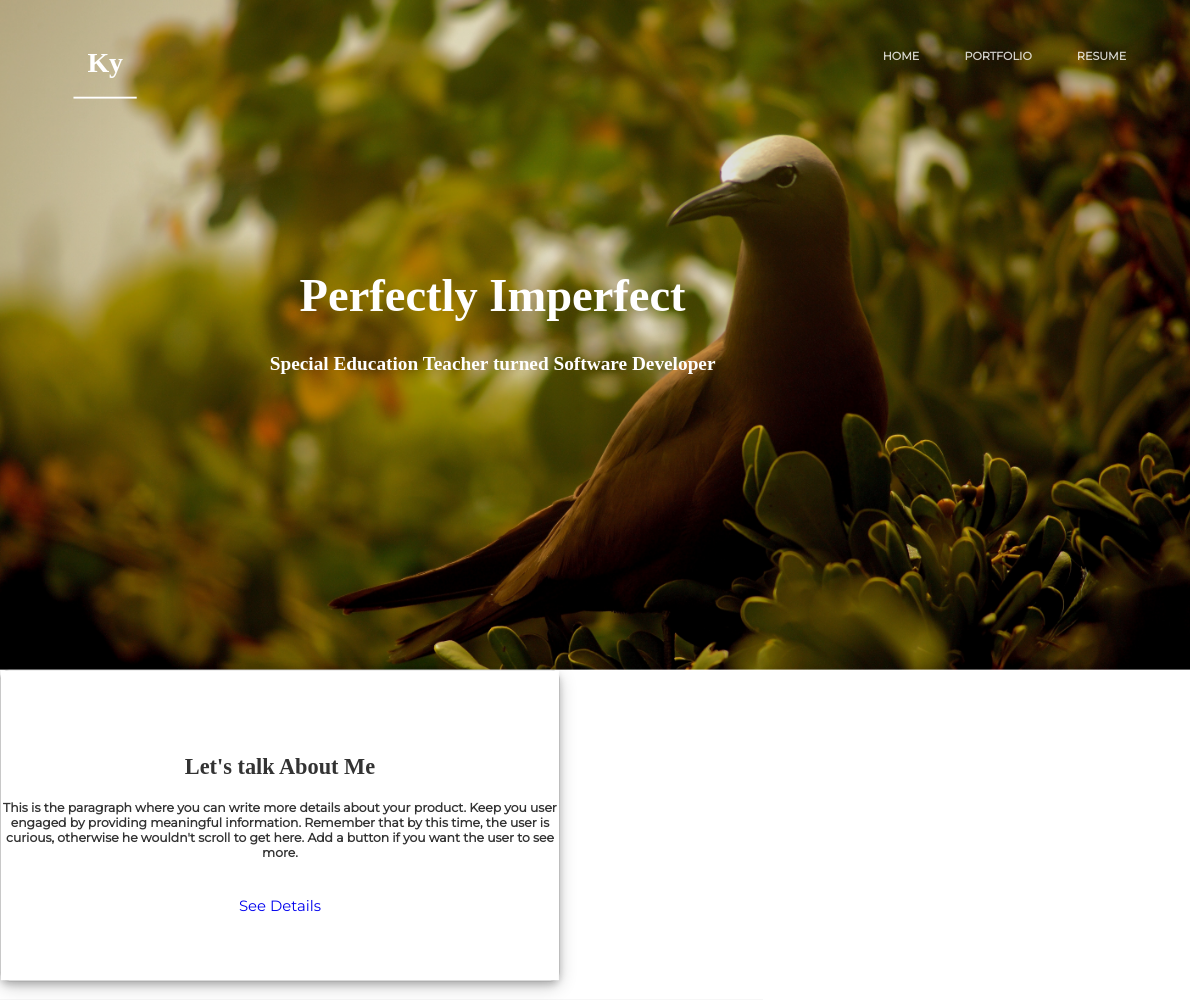
Repository: kkyler24/Perfectly-Imperfect
Page: / (app in imperfect/)
These files come from the project's save history. The page is drawn as it stood at one moment and after the next save; the edit follows.
The browser window is 1280 px wide. The pictures show the whole page, at 93% of full size.
Some web fonts or font styles are not loaded; a fallback is used. The project was rebuilt for these pictures with package versions that can differ from the ones it lists, and the page was loaded fresh each time.

Above is the page before, as saved 2020-07-23 22:34:26.

After the next save:
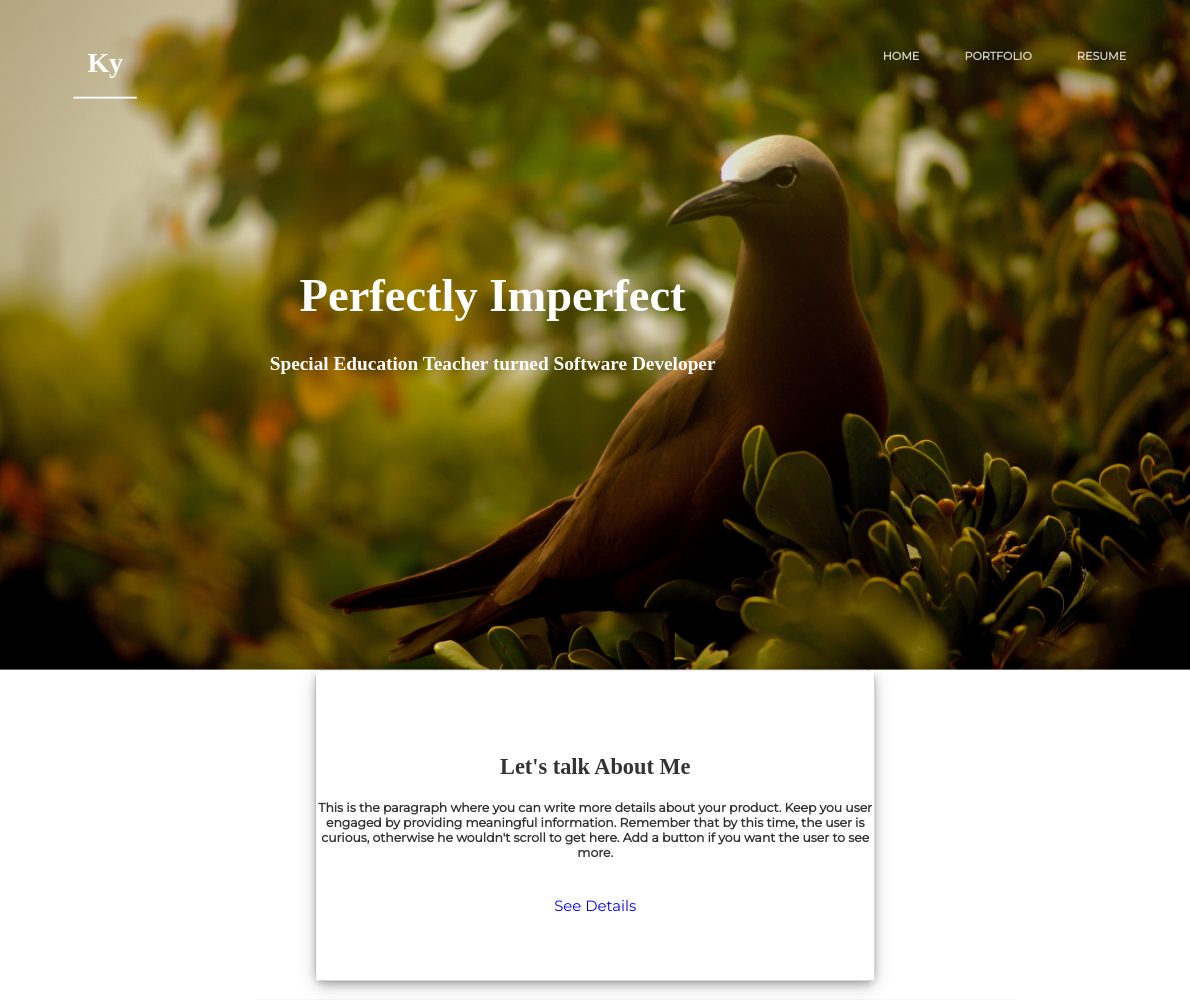
Saved 103 s later.
--- a/imperfect/src/Components/aboutMeIndex/aboutme.css
+++ b/imperfect/src/Components/aboutMeIndex/aboutme.css
@@ -29,6 +29,7 @@
   background-clip: border-box;
   border: 1px solid rgba(0, 0, 0, 0.25);
   border-radius: 10px;
+  justify-self: center;
 }
 
 .sectionAB {
